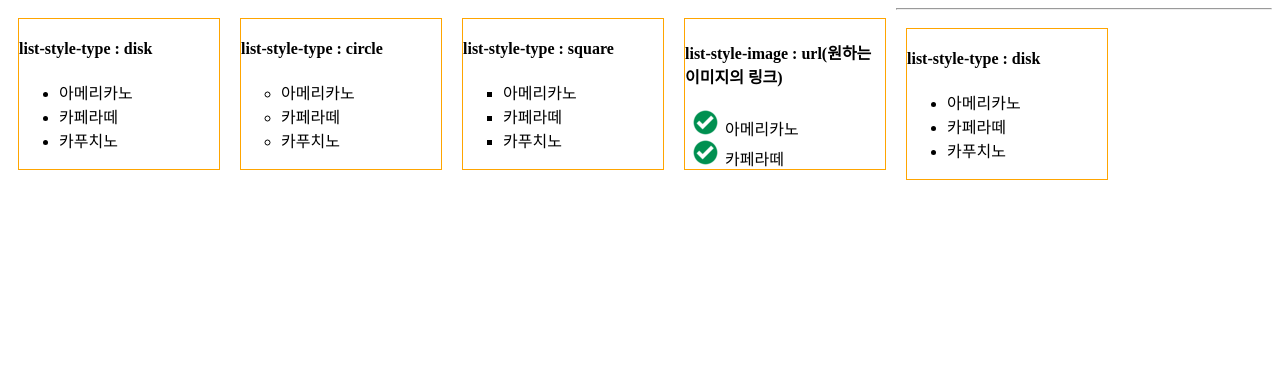
Repository: yul3220/WebProgrammingLecture
Page: webpro/WebContent/2021-01-08/리스트스타일.html
The author's editor kept a copy of each file at every save. The page is drawn from the files as they stood at one save, then again after the next save.
The browser window is 1280 px wide. The pictures show the whole page.

Above is the page before, as saved 2021-01-08 02:24:32.

### webpro/WebContent/2021-01-08/리스트스타일.html
<!DOCTYPE html>
<html>
<head>
<meta charset="UTF-8">
<title>Insert title here</title>
<link rel = "stylesheet" href = "../css/public.css">
<style>
div{
	width : 200px;
	height : 150px;
	border : 1px double orange;
	margin : 10px;
	float : left;
	overflow : auto;
	/*div는 블럭요소이기 때문에 세로로 배치됨,
	이걸을 해결하기위해 float : left or right사용*/
	/*글이나 이미지가 div를 넘겼을때 hidden는 가림, scroll를 사용하면 스크롤바가 생김*/
}
#circle{
	list-style-type : circle;
	list-style-position : outside;
	/*● => disk / ○ => circle,
		list-style-position : inside로 하면 */
}
#square{
	list-style-type : square;
	/*■ => square*/
}
#image{
	list-style-image : url(../images/check.png)
}
</style>
</head>
<body>
<div>
	<h4>list-style-type : disk</h4>
	<ul>
  		<li>아메리카노</li>
  		<li>카페라떼</li>
  		<li>카푸치노</li>
	</ul>
</div>

<div>
  	<h4>list-style-type : circle</h4>
	<ul id = "circle">
  		<li>아메리카노</li>
  		<li>카페라떼</li>
  		<li>카푸치노</li>
	</ul>
</div>

<div>
  	<h4>list-style-type : square</h4>
	<ul id = "square">
  		<li>아메리카노</li>
  		<li>카페라떼</li>
  		<li>카푸치노</li>
	</ul>
</div>

<div>
  	<h4>list-style-image : url(원하는 이미지의 링크)</h4>
	<ul id = "image">
  		<li>아메리카노</li>
  		<li>카페라떼</li>
  		<li>카푸치노</li>
	</ul>
</div>

<hr>

<div>
  	<h4>list-style-type : disk</h4>
	<ul>
  		<li>아메리카노</li>
  		<li>카페라떼</li>
  		<li>카푸치노</li>
	</ul>
</div>
</body>
</html>

### webpro/WebContent/css/public.css
@CHARSET "UTF-8";
pre{
	background-color : #c4f4f2;
	font-size : 14px;
	white-space: pre-wrap;

	/*
	   pre : 공백은 그대로 줄바꿈이 되지 않는다.
	   pre-wrap : 공백은 그대로 줄바꿈이 된다.
	   pre-line : 공백을 여러개 줘도 공백은 하나만 표시  줄바꿈된다.
	   nowrap : 공백을 여러개 줘도 공백은 하나만 표시 줄바꿈되지 않는다.

	*/
}

div.box {
	width : 100%;
	height : auto;
	margin : 10px;
	padding : 10px;
	border : 1px solid blue;
	background : #faf5f1;
}

.box input[type=button]{
    width : 90px;
    height: 30px;
    background: blue;
    color : white;
    padding : 5px 10px;
    border-radius: 10px;
    font-weight: bold;
	text-align: center;
}

.box div{
    width : 80%;
    height : auto;
    padding : 10px;
 	border : 3px dotted #00ffeb;
    margin : 20px;
}

After the next save:
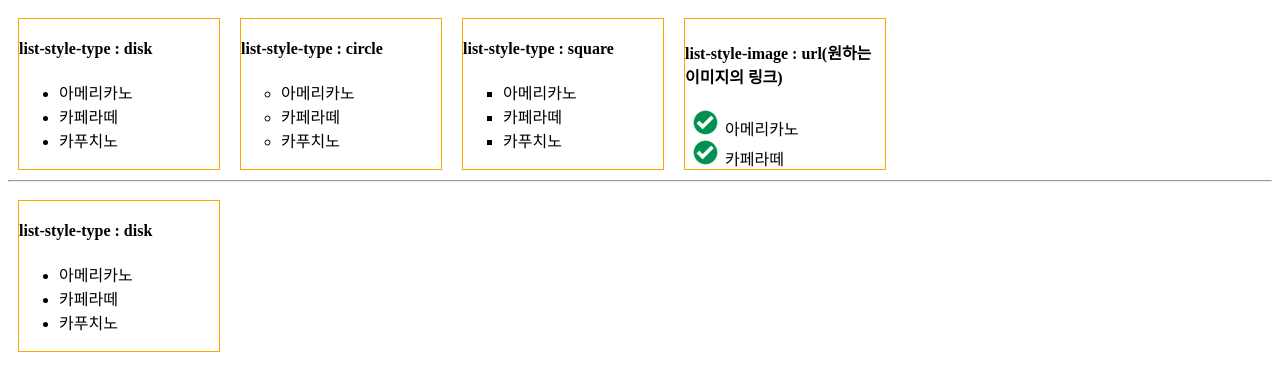
Saved 85 s later.
--- a/webpro/WebContent/2021-01-08/리스트스타일.html
+++ b/webpro/WebContent/2021-01-08/리스트스타일.html
@@ -28,6 +28,9 @@ div{
 }
 #image{
 	list-style-image : url(../images/check.png)
+}
+hr{
+	clear : left;
 }
 </style>
 </head>
